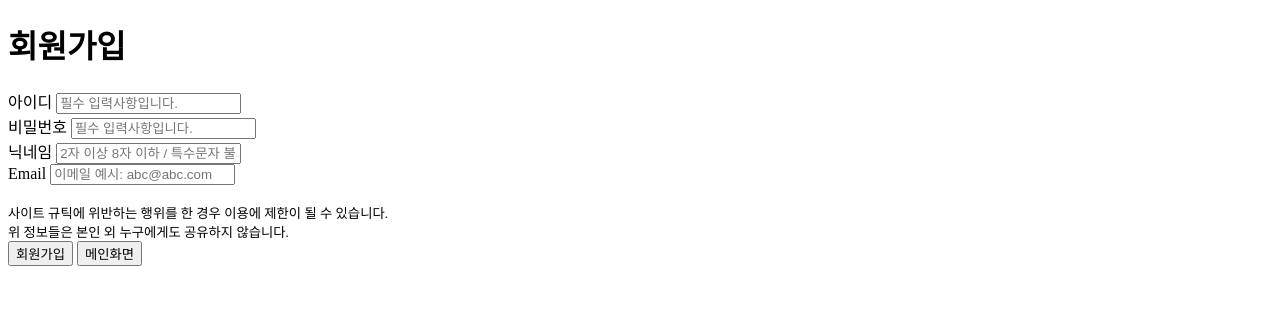
Repository: Gansaw/Airport_Portal
Page: http://localhost/signup
The author's editor kept a copy of each file at every save. The page is drawn from the files as they stood at one save, then again after the next save.
The browser window is 1280 px wide. The pictures show the whole page.
The page is this project's Thymeleaf template; nobody is signed in. The template is opened directly, without the code that normally fills it, so the values that code supplies are empty.

Above is the page before, as saved 2023-07-27 07:00:36.

After the next save:
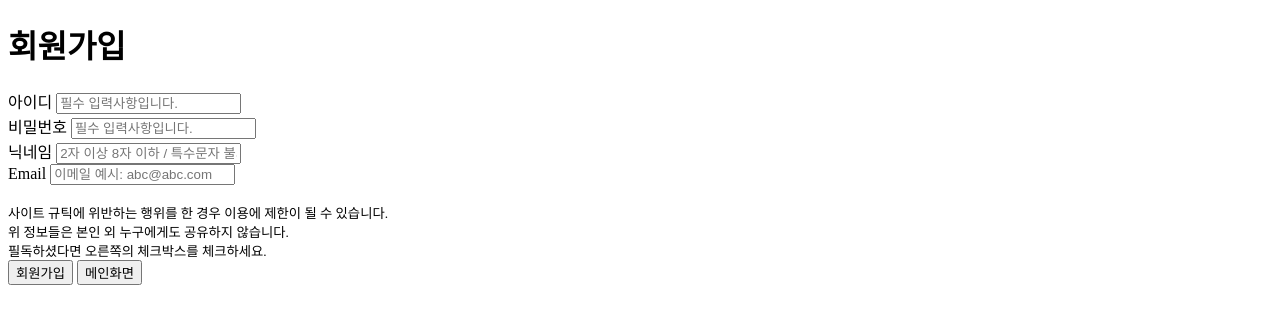
Saved 61 s later.
--- a/WebServiceDevelop/WebProject/src/main/resources/templates/signup.html
+++ b/WebServiceDevelop/WebProject/src/main/resources/templates/signup.html
@@ -28,6 +28,7 @@
 
 			<small>사이트 규틱에 위반하는 행위를 한 경우 이용에 제한이 될 수 있습니다.</small><br/>
 			<small>위 정보들은 본인 외 누구에게도 공유하지 않습니다.</small><br/>
+			<small>필독하셨다면 오른쪽의 체크박스를 체크하세요.</small><br/>
 
 			<button type="submit">회원가입</button>
 			<button type="submit">메인화면</button>
